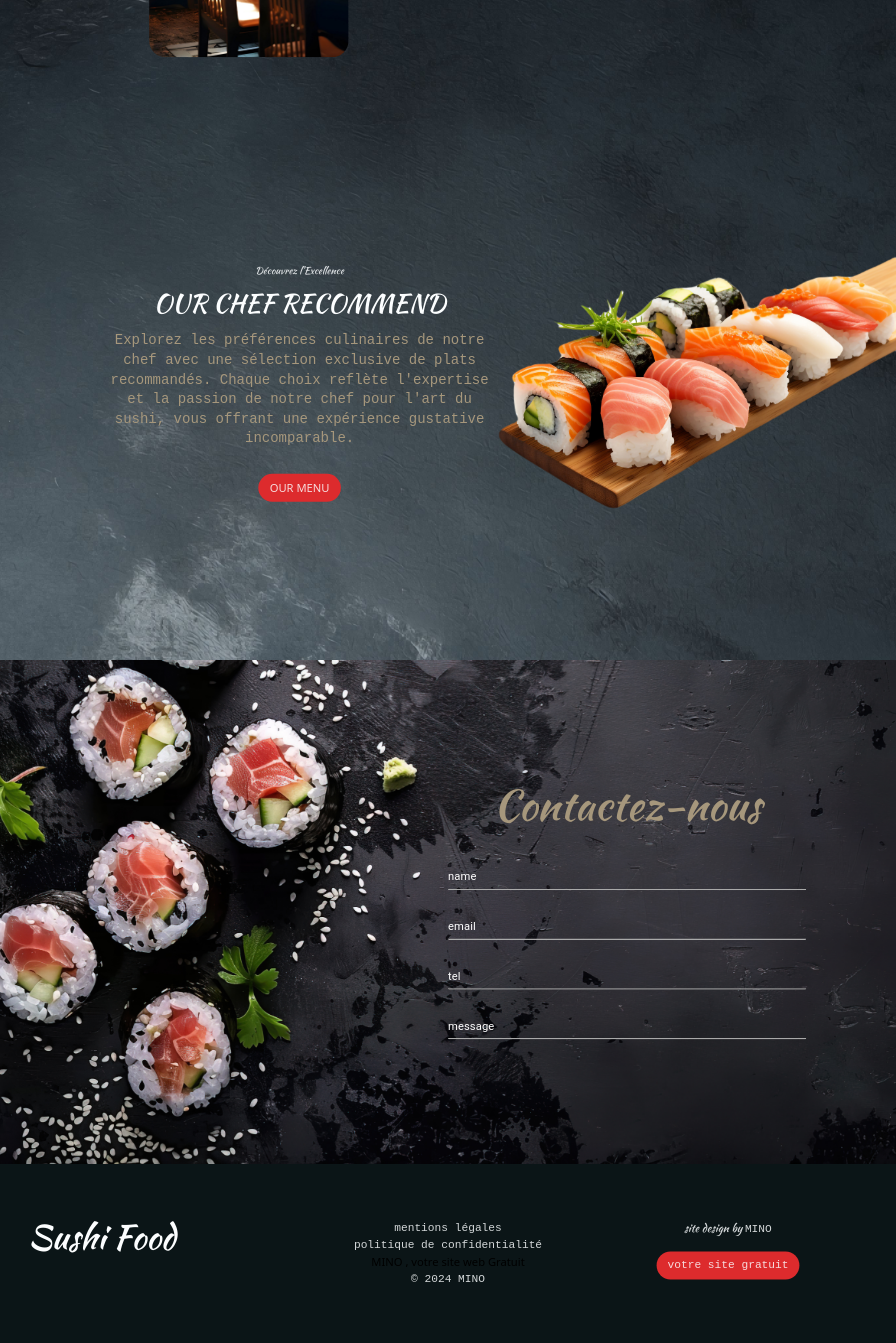
Repository: Adrien-legeleu/sushi-food
Page: /
These files come from the project's save history. The page is drawn as it stood at one moment and after the next save; the edit follows.
The browser window is 1280 px wide. The pictures show the part of the page from y = 1297 to 3217 px (the page is 3216 px tall before and 3217 px after), at 70% of full size.
Backgrounds fixed to the window are drawn as part of the page. Some web fonts or font styles are not loaded; a fallback is used. The project was rebuilt for these pictures with package versions that can differ from the ones it lists, and the page was loaded fresh each time. Also part of the build but not shown: vite.config.ts.

Above is the page before, as saved 2024-04-30 12:49:58.

After the next save:
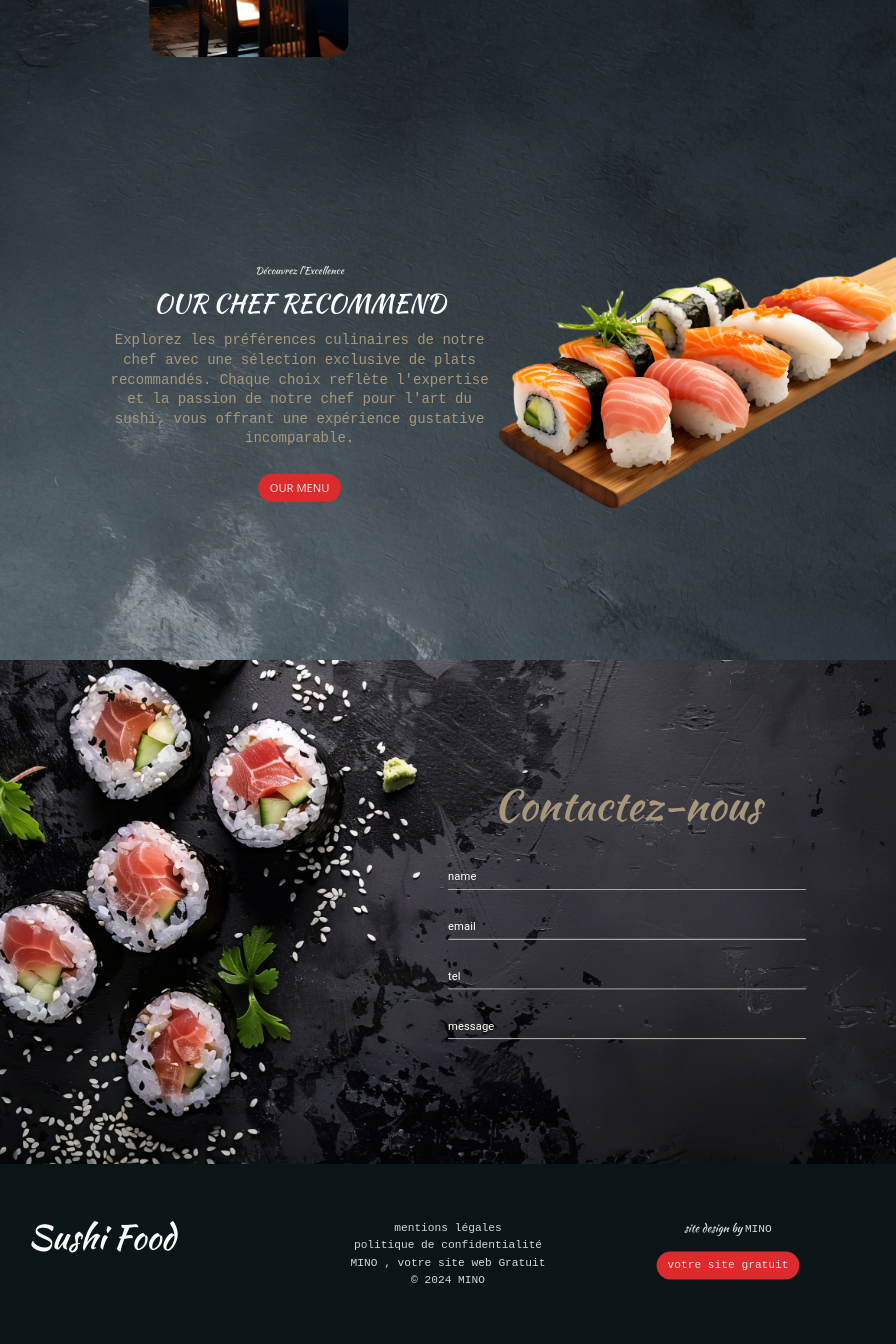
Saved 17 s later.
--- a/src/Components/Footer.tsx
+++ b/src/Components/Footer.tsx
@@ -7,7 +7,7 @@ export const Footer =()=>{
             <ul className="text-center">
                 <li className="font-text text-whiteText">mentions légales</li>
                 <li className="font-text text-whiteText" >politique de confidentialité</li>
-                <li><a href="https://mino-design.netlify.app" target="_">MINO , votre site web Gratuit</a></li>
+                <li><a className="font-text text-whiteText" href="https://mino-design.netlify.app" target="_">MINO , votre site web Gratuit</a></li>
                 <li className="font-text text-whiteText">© 2024 MINO</li>
             </ul>
             <div className="text-center flex flex-col gap-5">
